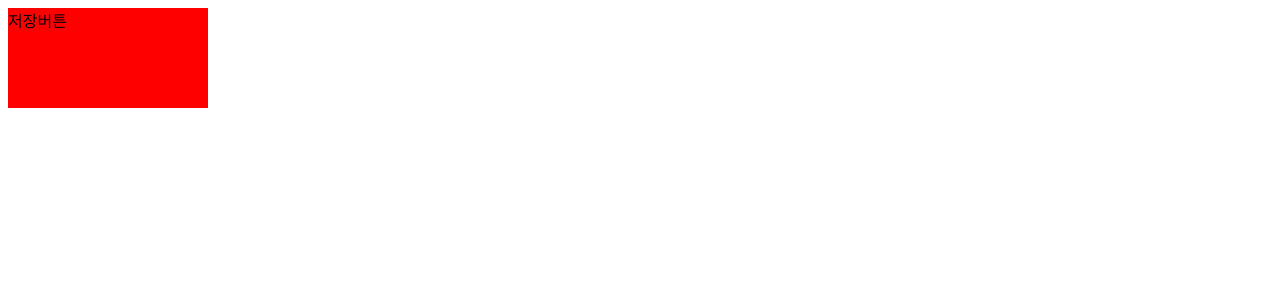
Repository: jeemaru/htme_01
Page: css_02/ex_05.html
These files come from the project's save history. The page is drawn as it stood at one moment and after the next save; the edit follows.
The browser window is 1280 px wide. The pictures show the whole page.

Above is the page before, as saved 2022-04-07 05:08:23.

### css_02/ex_05.html
<!DOCTYPE html>

<html lang="ko"> <!-- 한국어문서만 검색할때, 음성으로 할때 한국어 음성지원 -->
    <head>
        <meta charset="UTF-8"> <!-- 브라우저가 문서를 해석할때 필요한 정보 -->
        <title>스타일시트</title>
        <!-- 스타일시트자리 -->
        <style>
        	.div-all{background-color: #ff0000;
        			 width: 200px;
        			 height: 100px;}



        </style>

    </head>

    <body>

        <div class="div-all">저장버튼</div>

    </body>

</html>

After the next save:
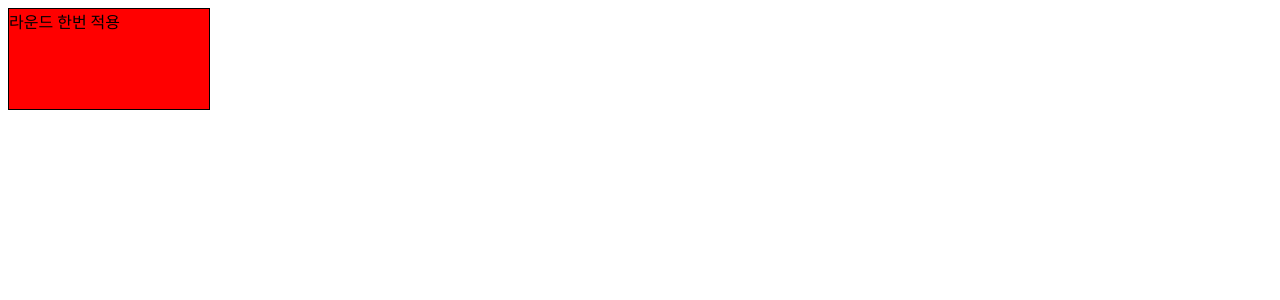
Saved 66 s later.
--- a/css_02/ex_05.html
+++ b/css_02/ex_05.html
@@ -8,7 +8,8 @@
         <style>
         	.div-all{background-color: #ff0000;
         			 width: 200px;
-        			 height: 100px;}
+        			 height: 100px;
+        			 border: 1px solid #000000;}
 
 
 
@@ -18,7 +19,7 @@
 
     <body>
 
-        <div class="div-all">저장버튼</div>
+        <div class="div-all">라운드 한번 적용</div>
 
     </body>
 
